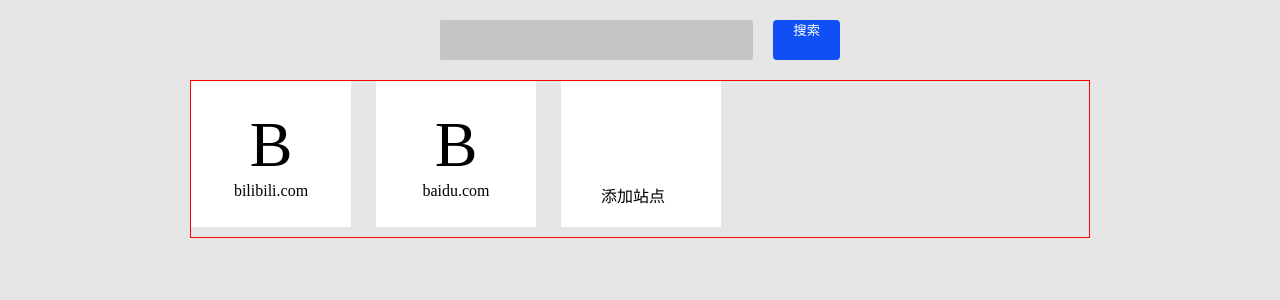
Repository: chenguocan/-
Page: src/index.html
An editor plug-in stored every save of this project. The page is shown before and after the next save, followed by the edit.
The browser window is 1280 px wide. The pictures show the whole page.

Above is the page before, as saved 2020-08-12 14:50:02.

### src/index.html
<!DOCTYPE html>
<html lang="en">

<head>
    <meta charset="UTF-8">
    <meta name="viewport"
        content="width=device-width,initial-scale=1,minimum-scale=1,maximum-scale=1,user-scalable=no,viewport-fit=cover">
    <meta http-equiv="X-UA-Compatible" content="ie=edge">
    <title>前端导航</title>
    <link rel="stylesheet" href="./style.css">
    <style type="text/css">
        .icon {
            width: 1em;
            height: 1em;
            vertical-align: -0.15em;
            fill: currentColor;
            overflow: hidden;
        }
    </style>
</head>

<body>
    <header class="globalHeader">
        <form class="searchForm" method="get" action="https://www.baidu.com/s">
            <input name="wd" type="text" />
            <button class="searchButton">搜索</button>
        </form>
    </header>
    <main class="globalMain">
        <ul class="siteList">
            <li class="addButton">
                <div class="logo">
                    <svg class="icon" aria-hidden="true" style="width: 5em; height:5em">
                        <use xlink:href="#icon-jiahao"></use>
                    </svg>
                    <div class="site">添加站点</div>
                </div>
            </li>
        </ul>
    </main>
    <script src="https://cdn.bootcdn.net/ajax/libs/jquery/3.5.1/jquery.slim.min.js"></script>
    <script src="//at.alicdn.com/t/font_2000749_640re2b3w3g.js"></script>
    <script src="./main.js"></script>
</body>

</html>

### src/style.css
*{
    margin: 0;
    padding: 0;
    box-sizing: border-box;
}
*::before{
    margin: 0;
    padding: 0;
    box-sizing: border-box;
}
*::after{
    margin:0;
    padding: 0;
    box-sizing: border-box;
}
body{
    background:#E5E5E5;
}
ul>li{
    list-style: none;
}
a{
    text-decoration: none;
    color: inherit;
}
.searchForm {
    margin:20px;
    display: flex;
    flex-direction: row;
    flex-wrap: nowrap;
    justify-content: space-between;
}
.globalHeader >.searchForm > input{
    width: 100%;
    border: none;
    height: 40px;
    border-radius: 2px;
    background: #C4C4C4;
    padding-left: 10px;
}
@media(min-width:500px){
    .searchForm{
        max-width: 400px;
        margin-left: auto;
        margin-right: auto;
    }
}
.globalHeader >.searchForm> .searchButton{
    display: flex;
    white-space: nowrap;
    border: none;
    color:white;
    margin-left: 20px;
    background:#0F4FF3;
    border-radius:4px;
    padding:0 20px;
}
.siteList{
    display: flex;
    flex-direction: row;
    justify-content: space-between;
    flex-wrap: wrap;
    margin:0 20px;
    border:1px solid red;
}
@media (min-width:500px){
    .siteList{
        max-width: 900px;
        margin-right: auto;
        margin-left: auto;
        justify-content: flex-start;
    }
}
.siteList .siteBox,.addButton{
    display: flex;
    flex-direction: column;
    justify-content: center;
    align-items: center;
    flex-wrap: wrap;
    height: 146px;
    width: 160px;
    margin-bottom: 10px;
    background:#FFFFFF;
}
@media(min-width:500px){
    .siteList .siteBox,.addButton{
        margin-right: 25px;
    }
}
.siteList .siteBox>.logo{
    font-size: 64px;
}
.siteList .siteBox>.site{
    font-size:16px;
}
.delete{
    position: relative;
    display: none;
    cursor: pointer;
}
.delete>.icon{
    width: 30px;
    height: 30px;
    position: absolute;
    right: 0px;
    top:0px;
}
.siteList .site:hover>.delete{
    display: block;
}

### src/main.js
const $siteList = $(".siteList");
const $addButton = $(".addButton");
const $lastLi = $siteList.find('li.last')
const x = localStorage.getItem('x');
const xObject = JSON.parse(x);
const hashMap = xObject || [
    {
        logo: "B",
        url: "https://www.bilibili.com",
    },
    {
        logo: "D",
        url: "https://www.baidu.com"
    }
];
const replaceUrl = ((url) => {
    return url.replace("http://", "").replace("https://", "").replace("www.", "").replace(/\/.*/, '')
})
const hashMapList = () => {
    $siteList.find("li:not(.addButton)").remove();
    hashMap.forEach((item, index) => {
        let $string = $(`
    <li class="site">
        <div class="delete">
           <svg class="icon" aria-hidden="true">
                <use xlink:href="#icon-cha"></use>
           </svg>
        </div>
        <a href="${item.url}">
            <div class="siteBox">
                <div class="logo">${replaceUrl(item.url)[0].toUpperCase()}</div>
                <div class="site">${replaceUrl(item.url)}</div>
            </div>
        </a>
    </li>
    `).insertBefore($addButton);
        $(".delete>svg").on('click', (e) => {
            e.stopPropagation(); // 阻止冒泡
            hashMap.splice(index, 1);
            hashMapList();
        })
    })
}
hashMapList();
$addButton.on("click", () => {
    let addUrl = window.prompt("请输入要添加的站点");
    if (addUrl !== null) {
        let logo = replaceUrl(addUrl)[0].toUpperCase();
        let url = addUrl;
        if (addUrl.indexOf("https") === -1) {
            url = "https://" + addUrl;
        }
        //console.log(logo, url)
        let addList = {
            logo,
            url,
        };
        hashMap.push(addList);
        hashMapList();
    }
})
window.onbeforeunload = (() => {
    const value = JSON.stringify(hashMap);
    window.localStorage.setItem("x", value);
})

After the next save:
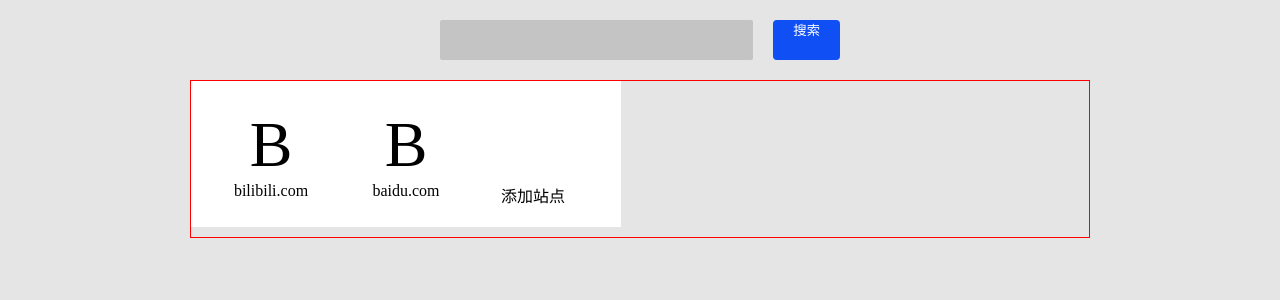
Saved 103 s later.
--- a/src/style.css
+++ b/src/style.css
@@ -84,7 +84,7 @@
 }
 @media(min-width:500px){
     .siteList .siteBox,.addButton{
-        margin-right: 25px;
+        margin-right: -25px;
     }
 }
 .siteList .siteBox>.logo{
